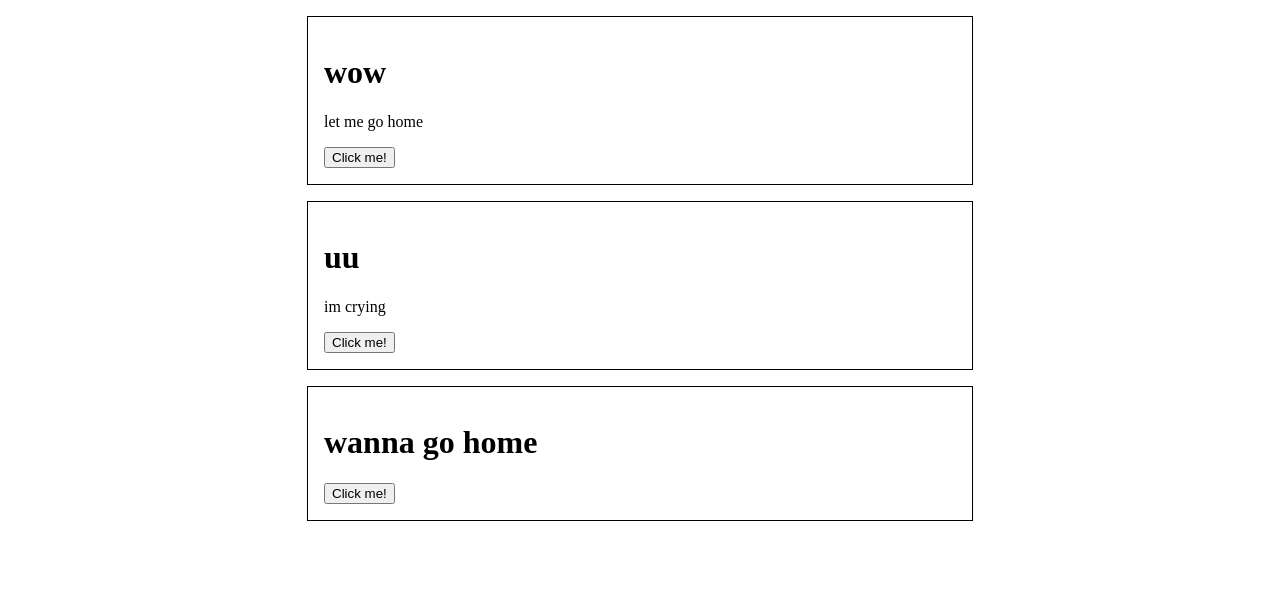
Repository: Jinontheclock/COMP3170_Assignment
Page: /
An editor plug-in stored every save of this project. The page is shown before and after the next save, followed by the edit.
The browser window is 1280 px wide. The pictures show the whole page.
The project was rebuilt for these pictures with package versions that can differ from the ones it lists, and the page was loaded fresh each time. Also part of the build but not shown: vite.config.js.

Above is the page before, as saved 2025-09-08 16:05:54.

### index.html
<!doctype html>
<html lang="en">
  <head>
    <meta charset="UTF-8" />
    <meta name="viewport" content="width=device-width, initial-scale=1.0" />
    <title>HAJIN A01403665</title>
  </head>
  <body>
    <div id="root"></div>
    <script type="module" src="/src/main.jsx"></script>
  </body>
</html>

### src/main.jsx
import React from "react";
import ReactDOM from "react-dom/client";
import App from "./App";
import "./index.css";
import books from "../data/books.json"

ReactDOM.createRoot(document.getElementById("root")).render(
  <React.StrictMode>
    <App />
  </React.StrictMode>
);

### src/App.jsx
import Excerpt from "./Excerpt";

function App(){
  return (
    <div>
      <Excerpt title="wow" body="let me go home" />
       <Excerpt title="uu" body="im crying" />
        <Excerpt title="wanna go home" />
    </div>
  )
}


export default App;

### src/index.css
.excerpt{
  width: 50%;
  padding: 1em;
  margin: 1em auto;
  border: 1px solid;
}

### data/books.json
[
    {
      "title": "Effective JavaScript",
      "subtitle": "68 Specific Ways to Harness the Power of JavaScript",
      "isbn13": "9780321812186",
      "price": "$21.99",
      "image": "https://itbook.store/img/books/9780321812186.png",
      "url": "https://itbook.store/books/9780321812186",
      "publisher": "Addison-Wesley",
      "language": "English"
    },
    {
      "title": "Beginning JavaScript, 3nd Edition",
      "subtitle": "The Ultimate Guide to Modern JavaScript Development",
      "isbn13": "9781484243947",
      "price": "$19.02",
      "image": "https://itbook.store/img/books/9781484243947.png",
      "url": "https://itbook.store/books/9781484243947",
      "publisher": "Apress",
      "language": "English"
    },
    {
      "title": "Learn Enough JavaScript to Be Dangerous",
      "subtitle": "Write Programs, Publish Packages, and Develop Interactive Websites with JavaScript",
      "isbn13": "9780137843749",
      "price": "$31.98",
      "image": "https://itbook.store/img/books/9780137843749.png",
      "url": "https://itbook.store/books/9780137843749",
      "publisher": "Addison-Wesley",
      "language": "English"
    },
    {
      "title": "Test-Driven JavaScript Development",
      "subtitle": "",
      "isbn13": "9780321683915",
      "price": "$10.29",
      "image": "https://itbook.store/img/books/9780321683915.png",
      "url": "https://itbook.store/books/9780321683915",
      "publisher": "Addison-Wesley",
      "language": "English"
    },
    {
      "title": "Learning JavaScript",
      "subtitle": "A Hands-On Guide to the Fundamentals of Modern JavaScript",
      "isbn13": "9780321832740",
      "price": "$8.99",
      "image": "https://itbook.store/img/books/9780321832740.png",
      "url": "https://itbook.store/books/9780321832740",
      "publisher": "Addison-Wesley",
      "language": "English"
    },
    {
      "title": "jQuery and JavaScript Phrasebook",
      "subtitle": "",
      "isbn13": "9780321918963",
      "price": "$14.48",
      "image": "https://itbook.store/img/books/9780321918963.png",
      "url": "https://itbook.store/books/9780321918963",
      "publisher": "Addison-Wesley",
      "language": "English"
    },
    {
      "title": "JavaScript: The Good Parts",
      "subtitle": "Unearthing the Excellence in JavaScript",
      "isbn13": "9780596517748",
      "price": "$4.37",
      "image": "https://itbook.store/img/books/9780596517748.png",
      "url": "https://itbook.store/books/9780596517748",
      "publisher": "O'Reilly",
      "language": "English"
    },
    {
      "title": "Head First JavaScript",
      "subtitle": "A Learner's Companion to JavaScript",
      "isbn13": "9780596527747",
      "price": "$7.72",
      "image": "https://itbook.store/img/books/9780596527747.png",
      "url": "https://itbook.store/books/9780596527747",
      "publisher": "O'Reilly",
      "language": "English"
    },
    {
      "title": "High Performance JavaScript",
      "subtitle": "Build Faster Web Application Interfaces",
      "isbn13": "9780596802790",
      "price": "$19.59",
      "image": "https://itbook.store/img/books/9780596802790.png",
      "url": "https://itbook.store/books/9780596802790",
      "publisher": "O'Reilly",
      "language": "English"
    },
    {
      "title": "Building iPhone Apps with HTML, CSS, and JavaScript",
      "subtitle": "Making App Store Apps Without Objective-C or Cocoa",
      "isbn13": "9780596805784",
      "price": "$5.00",
      "image": "https://itbook.store/img/books/9780596805784.png",
      "url": "https://itbook.store/books/9780596805784",
      "publisher": "O'Reilly",
      "language": "English"
    }

  ]

### src/Excerpt.jsx
function Excerpt(props){
  return (
        <div className="excerpt">
      <h1>{props.title}</h1>
      <p>{props.body}</p>
      <button>Click me!</button>
    </div>)
}

export default Excerpt;

After the next save:
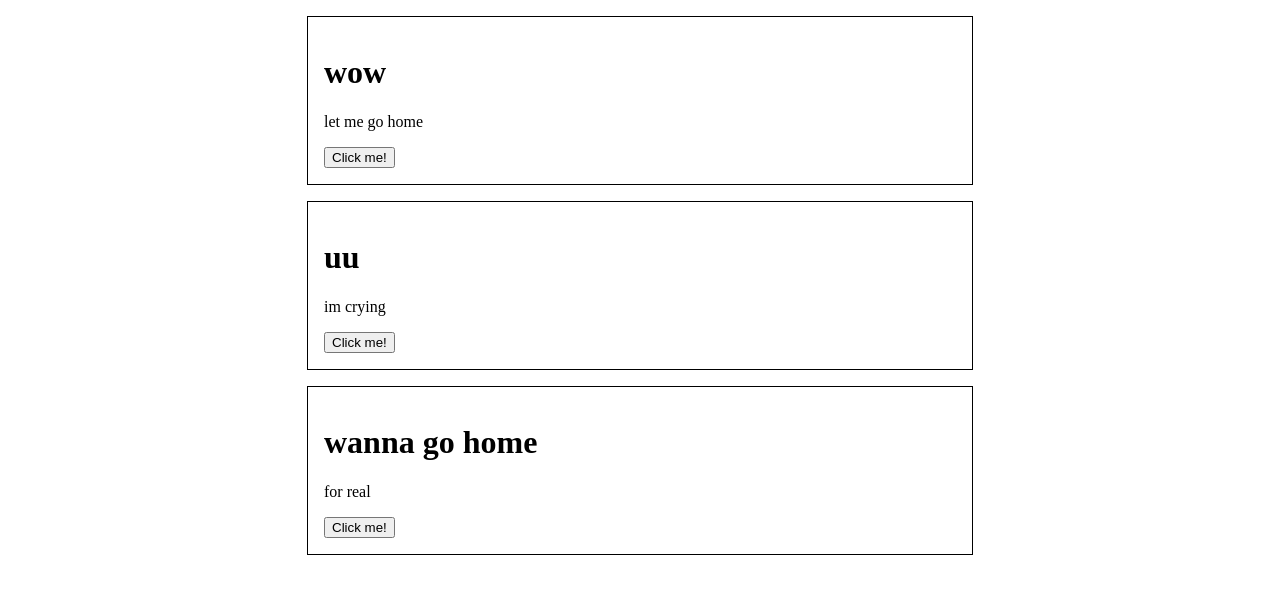
Saved 6 s later.
--- a/src/App.jsx
+++ b/src/App.jsx
@@ -5,7 +5,7 @@
     <div>
       <Excerpt title="wow" body="let me go home" />
        <Excerpt title="uu" body="im crying" />
-        <Excerpt title="wanna go home" />
+        <Excerpt title="wanna go home" body="for real" />
     </div>
   )
 }
